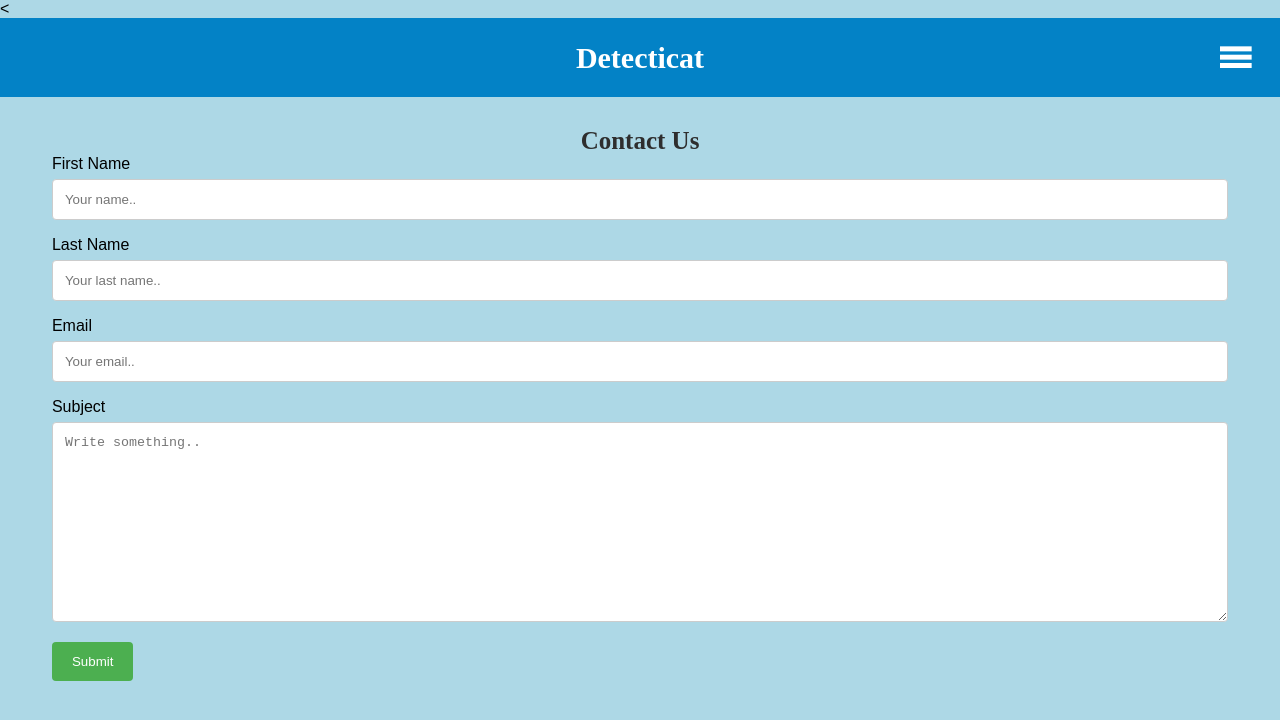
Repository: cynthiahcheng/Detecticat
Page: contact page/contact-us.html
These files come from the project's save history. The page is drawn as it stood at one moment and after the next save; the edit follows.
The browser window is 1280 px wide. The pictures show the whole page.

Above is the page before, as saved 2020-03-14 20:35:37.

After the next save:
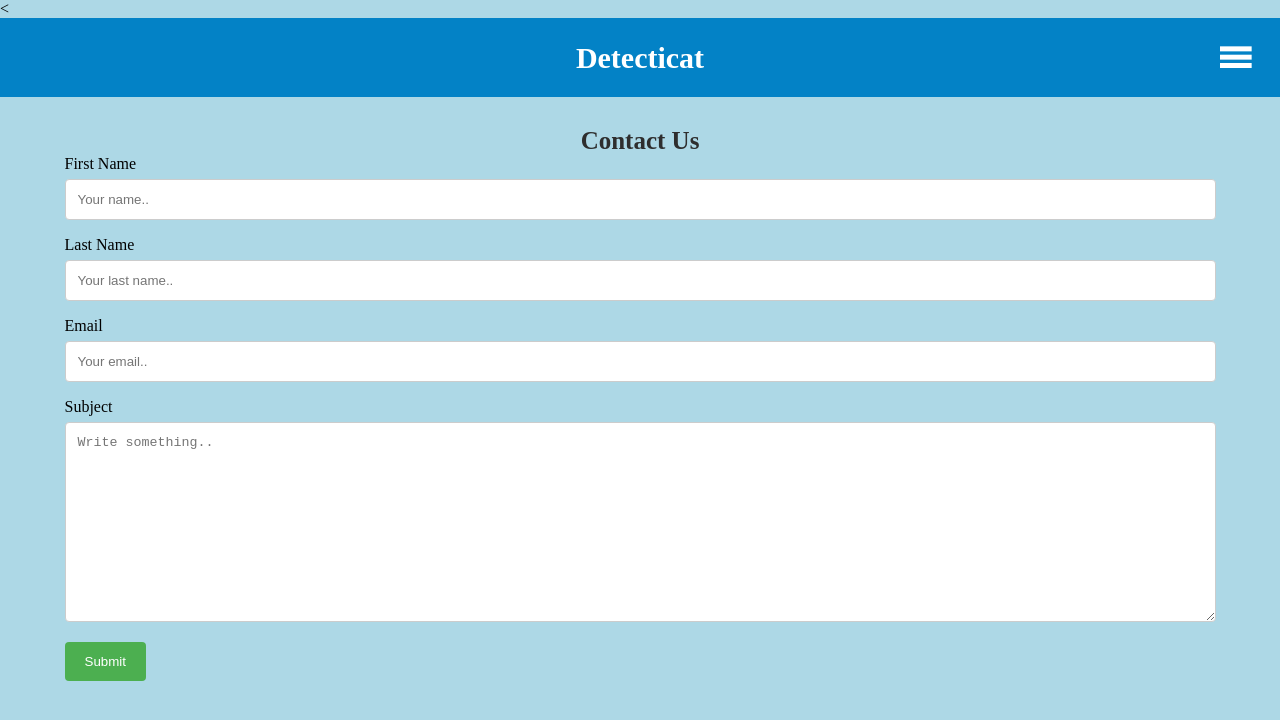
Saved 3 min 44 s later.
--- a/contact page/contact-us.css
+++ b/contact page/contact-us.css
@@ -1,5 +1,3 @@
-body {font-family: Arial, Helvetica, sans-serif;}
-* {box-sizing: border-box;}
 
 input[type=text], select, textarea {
   width: 100%;

After the 2 saves that followed:
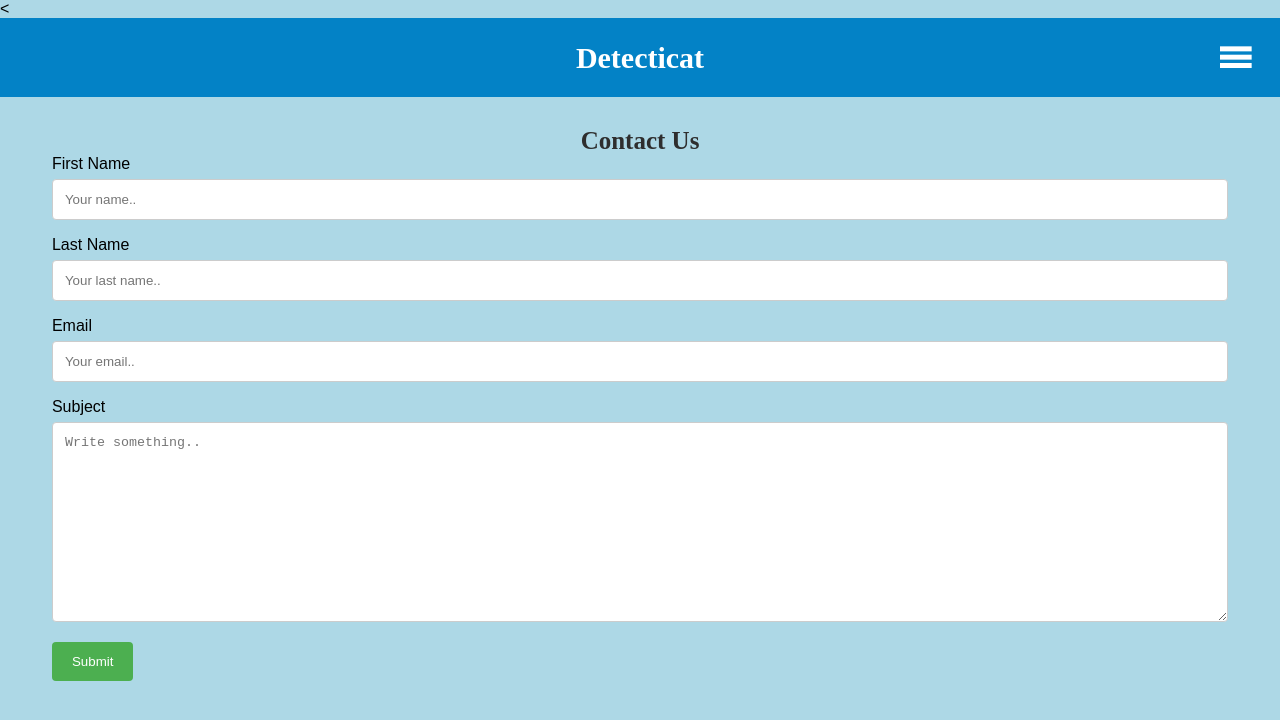
The 2 saves are shown as one change because 1 left the picture as it was.
The last was saved 47 s later.
--- a/contact page/contact-us.css
+++ b/contact page/contact-us.css
@@ -33,6 +33,8 @@
     margin:0;
     padding:0;
     background-color:lightblue;
+    font-family: Arial, Helvetica, sans-serif;
+    box-sizing: border-box;
 }
 
 .header {
